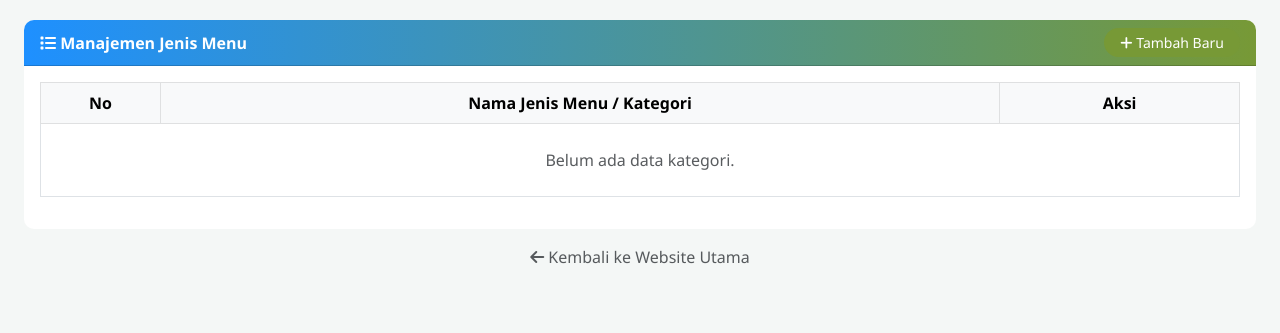
Repository: fzan-ghlii/mystore
Page: http://localhost/jenismenu/index.php
These files come from the project's save history. The page is drawn as it stood at one moment and after the next save; the edit follows.
The browser window is 1280 px wide. The pictures show the whole page.
The page is run by PHP 8.4 with error messages shown; the project is at /var/www/html/. Queries for data that is not in the repository find no rows.

Above is the page before, as saved 2025-11-27 11:39:59.

After the next save:
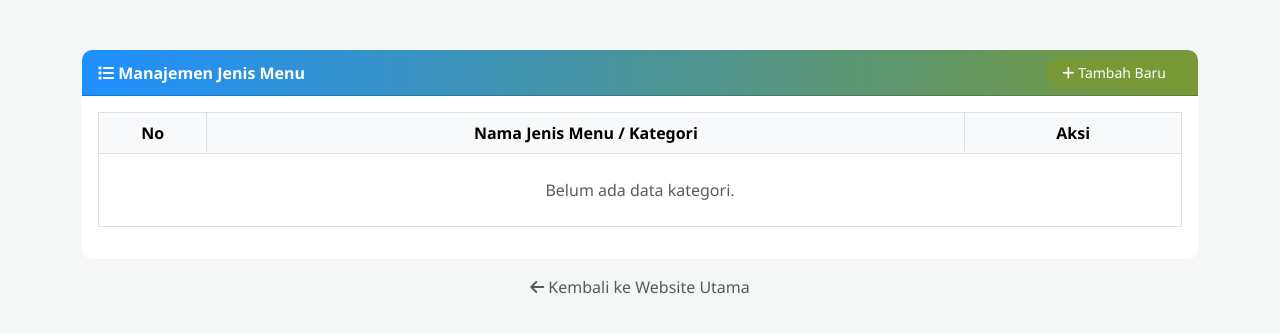
Saved 106 s later.
--- a/jenismenu/index.php
+++ b/jenismenu/index.php
@@ -9,7 +9,7 @@
     <link rel="stylesheet" href="https://cdnjs.cloudflare.com/ajax/libs/font-awesome/6.0.0/css/all.min.css">
     <style>
         body { background-color: #f4f7f6; font-family: 'Segoe UI', Tahoma, Geneva, Verdana, sans-serif; }
-        .container-fluid { margin-top: 20px; }
+        .container { margin-top: 50px; }
         .card { border: none; shadow: 0 4px 8px rgba(0,0,0,0.1); border-radius: 10px; }
         .card-header { background: linear-gradient(to right, #1E90FF, #779936); color: white; border-radius: 10px 10px 0 0 !important; font-weight: bold; }
         .btn-add { background-color: #779936; color: white; border: none; }
@@ -18,7 +18,7 @@
 </head>
 <body>
 
-    <div class="container-fluid px-4">
+    <div class="container">
         <div class="card">
             <div class="card-header d-flex justify-content-between align-items-center">
                 <span><i class="fas fa-list"></i> Manajemen Jenis Menu</span>

After the save that followed:
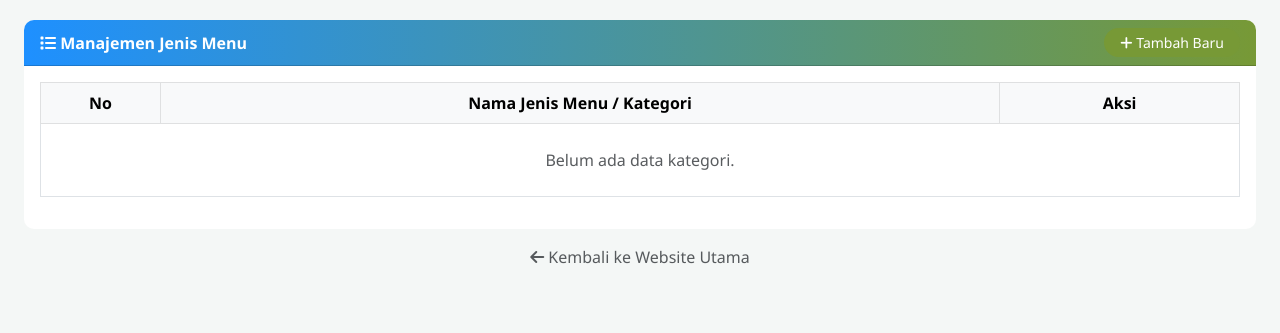
Saved 14 s later.
--- a/jenismenu/index.php
+++ b/jenismenu/index.php
@@ -9,7 +9,7 @@
     <link rel="stylesheet" href="https://cdnjs.cloudflare.com/ajax/libs/font-awesome/6.0.0/css/all.min.css">
     <style>
         body { background-color: #f4f7f6; font-family: 'Segoe UI', Tahoma, Geneva, Verdana, sans-serif; }
-        .container { margin-top: 50px; }
+        .container-fluid { margin-top: 20px; }
         .card { border: none; shadow: 0 4px 8px rgba(0,0,0,0.1); border-radius: 10px; }
         .card-header { background: linear-gradient(to right, #1E90FF, #779936); color: white; border-radius: 10px 10px 0 0 !important; font-weight: bold; }
         .btn-add { background-color: #779936; color: white; border: none; }
@@ -18,7 +18,7 @@
 </head>
 <body>
 
-    <div class="container">
+    <div class="container-fluid px-4">
         <div class="card">
             <div class="card-header d-flex justify-content-between align-items-center">
                 <span><i class="fas fa-list"></i> Manajemen Jenis Menu</span>
